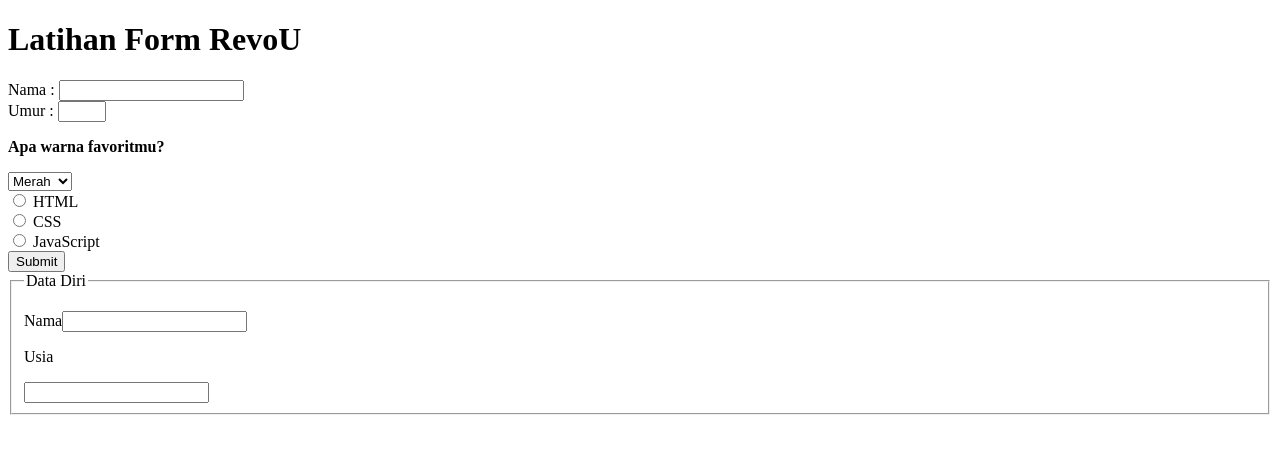
Repository: esramrsln/day2_RevoU
Page: form.html
The author's editor kept a copy of each file at every save. The page is drawn from the files as they stood at one save, then again after a run of saves.
The browser window is 1280 px wide. The pictures show the whole page.

Above is the page before, as saved 2024-07-23 21:44:07.

After the next 2 saves:
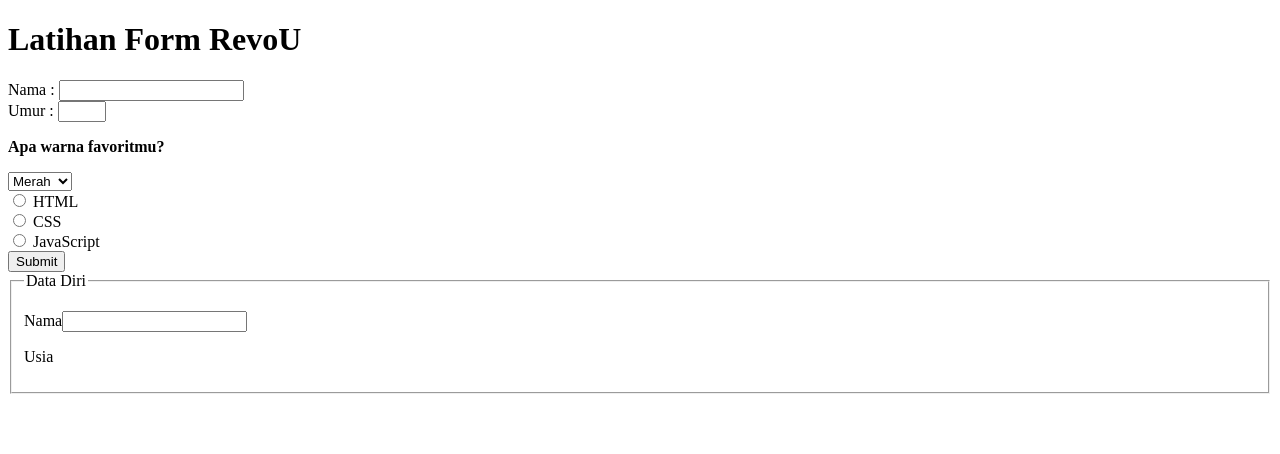
The 2 saves are shown as one change because they came seconds apart.
The last was saved 6 s later.
--- a/form.html
+++ b/form.html
@@ -38,7 +38,6 @@
         <legend>Data Diri</legend>
         <p><label for="nama">Nama</label><input type="text" name="nama"></p>
         <p><label for="usia">Usia</label></p>
-        <input type="number" name="usia">
     </fieldset>
 </body>
 </html>
